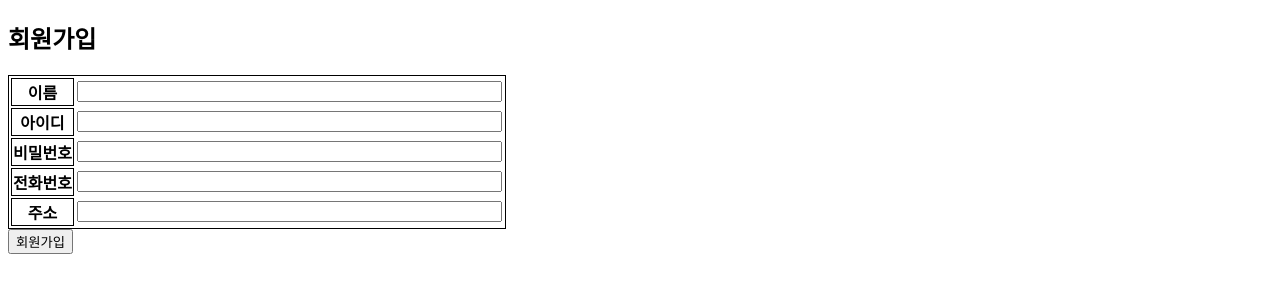
Repository: johwon/jspStudy
Page: jspStudy/src/main/webapp/member/member.html
An editor plug-in stored every save of this project. The page is shown before and after the next save, followed by the edit.
The browser window is 1280 px wide. The pictures show the whole page.

Above is the page before, as saved 2024-12-03 07:55:49.

### jspStudy/src/main/webapp/member/member.html
<!DOCTYPE html>
<html>
<head>
<meta charset="UTF-8">
<title>회원가입</title>
</head>
<style>
table, tr, th {
	border: 1px solid black;
}
</style>
<body>
	<form method="post", action="MemberInsert"></form>
	<h2>회원가입</h2>
	<table>
		<tr>
			<th>이름</th>
			<td><input type="text" name="name" size="50"></td>
		</tr>
		<tr>
			<th>아이디</th>
			<td><input type="text" name="id" size="50"></td>
		</tr>
		<tr>
			<th>비밀번호</th>
			<td><input type="password" name="password" size="50"></td>
		</tr>
		<tr>
			<th>전화번호</th>
			<td><input type="text" name="tel" size="50"></td>
		</tr>
		<tr>
			<th>주소</th>
			<td><input type="text" name="address" size="50"></td>
		</tr>
	</table>
	<input type="submit" value="회원가입">

</body>
</html>

After the next save:
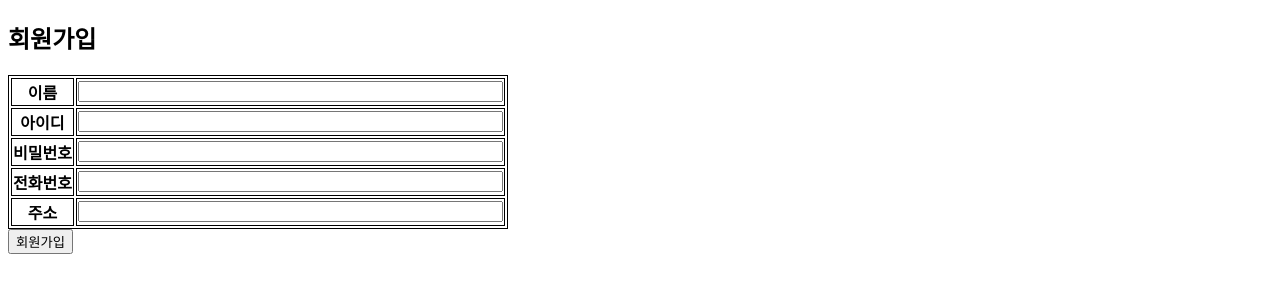
Saved 7 s later.
--- a/jspStudy/src/main/webapp/member/member.html
+++ b/jspStudy/src/main/webapp/member/member.html
@@ -5,7 +5,7 @@
 <title>회원가입</title>
 </head>
 <style>
-table, tr, th {
+table, tr, th, td {
 	border: 1px solid black;
 }
 </style>
